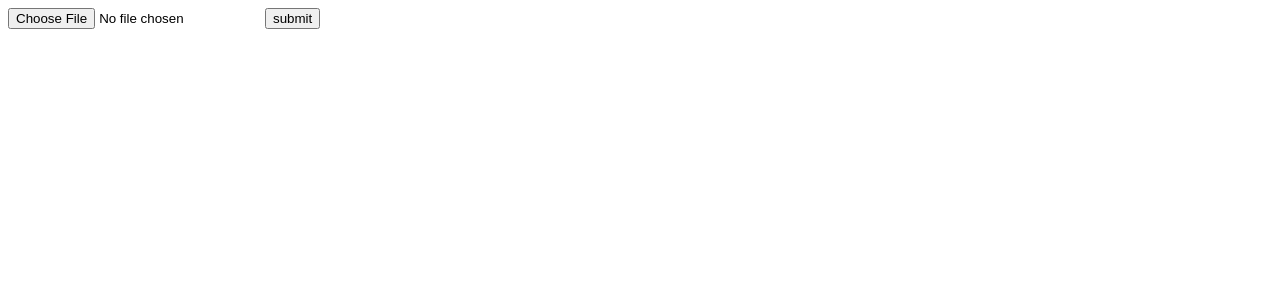
Repository: Higenious/uploadMultiple
Page: index.html
An editor plug-in stored every save of this project. The page is shown before and after the next save, followed by the edit.
The browser window is 1280 px wide. The pictures show the whole page.

Above is the page before, as saved 2018-05-08 22:07:38.

### index.html
<!DOCTYPE html>
<html lang="en">
<head>
    <meta charset="UTF-8">
    <meta name="viewport" content="width=device-width, initial-scale=1.0">
    <meta http-equiv="X-UA-Compatible" content="ie=edge">
    <title>Index</title>
</head>
<body>
     <form method="post" enctype="multipart/form-data">
           <input type="file" name = "myimage"/>
           <input type="submit" name="submit" value="submit">

     </form>

</body>
</html>

After the next save:
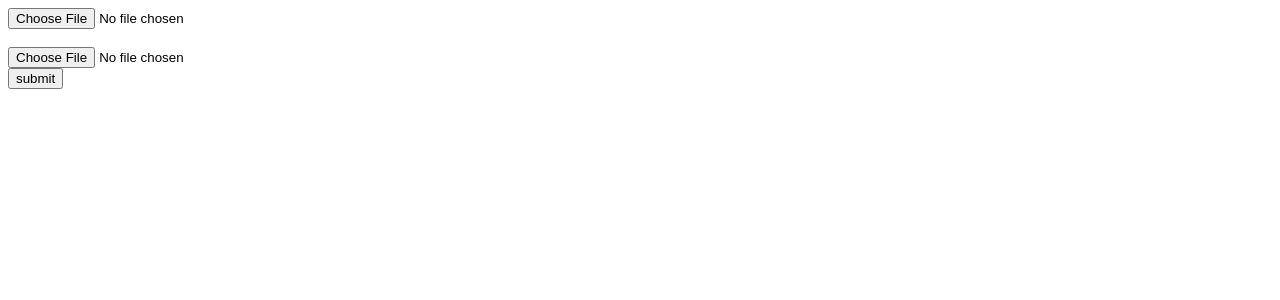
Saved 94 s later.
--- a/index.html
+++ b/index.html
@@ -8,7 +8,8 @@
 </head>
 <body>
      <form method="post" enctype="multipart/form-data">
-           <input type="file" name = "myimage"/>
+           <input type="file" name = "myimage"/></form><br/>
+           <input type="file" name = "myimage"/></form><br/>
            <input type="submit" name="submit" value="submit">
 
      </form>
